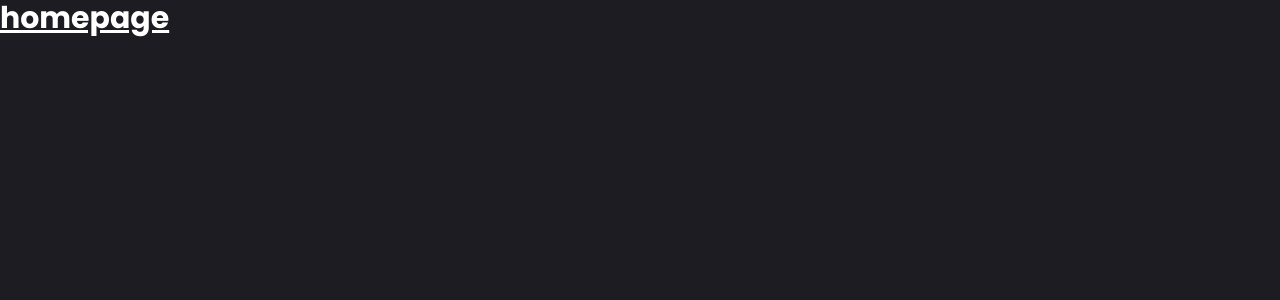
Repository: mluqi/colorblind-web
Page: /
The author's editor kept a copy of each file at every save. The page is drawn from the files as they stood at one save, then again after the next save.
The browser window is 1280 px wide. The pictures show the whole page.
The project was rebuilt for these pictures with package versions that can differ from the ones it lists, and the page was loaded fresh each time. The framework's server and built-in components were replaced by stand-ins that run in the browser. Also part of the build but not shown: next.config.mjs.

Above is the page before, as saved 2025-04-24 22:15:44.

After the next save:
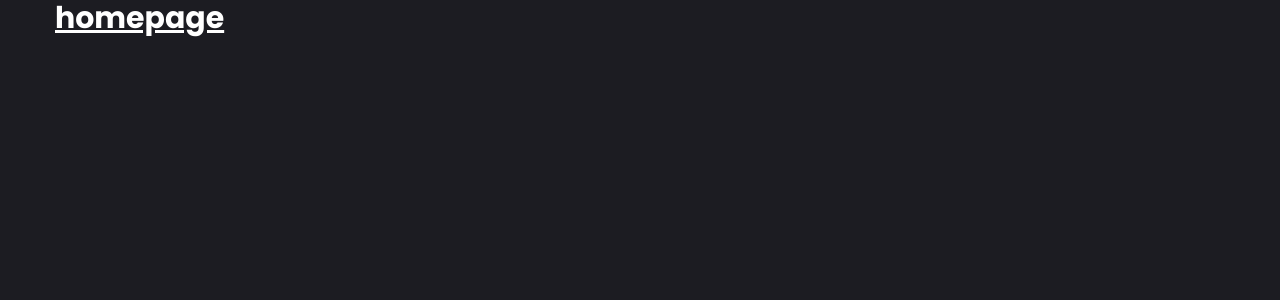
Saved 3 s later.
--- a/app/page.tsx
+++ b/app/page.tsx
@@ -1,6 +1,6 @@
 export default function Home() {
   return (
-    <div className="">
+    <div className="container mx-auto">
       <h1 className="text-3xl font-bold underline">homepage</h1>
     </div>
   );
